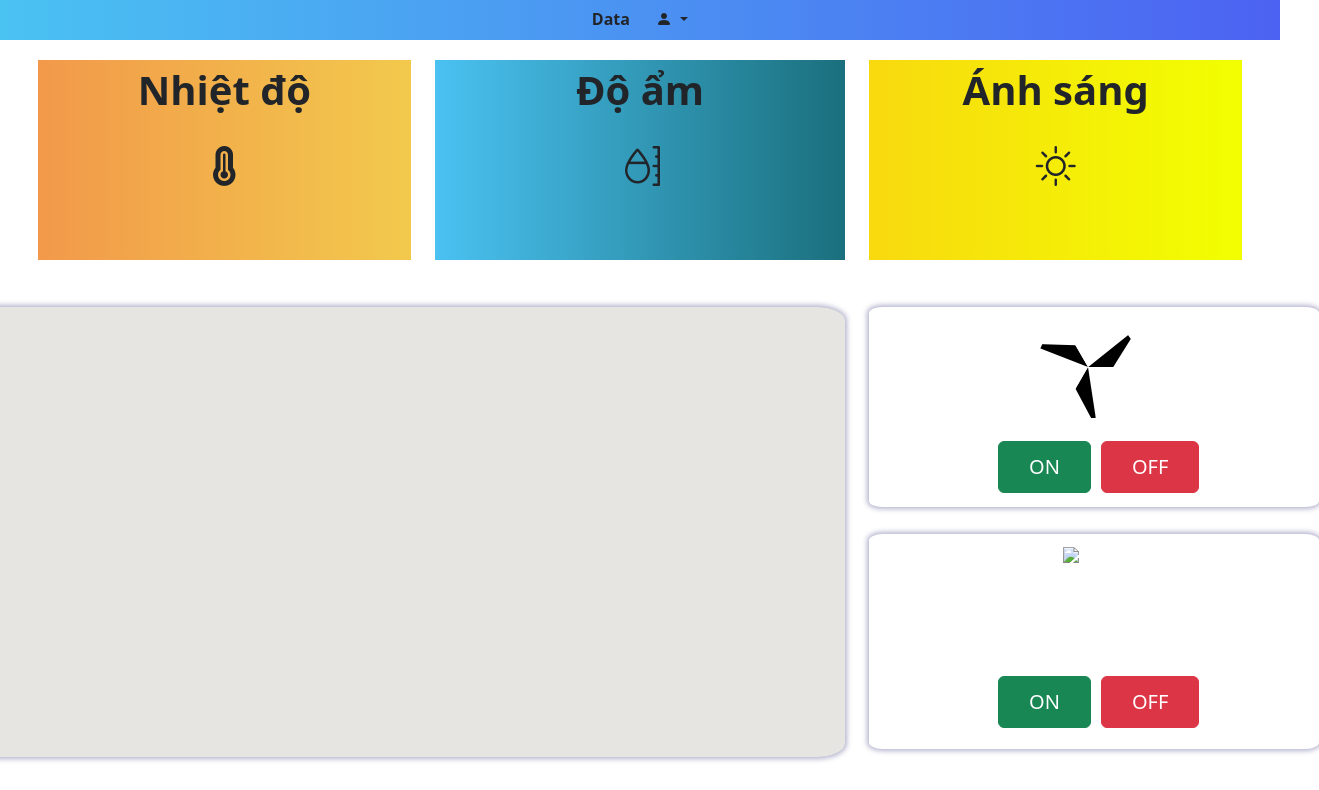
Repository: ndmq03102002/BTL_IOT
Page: Fontend_IOT/iot/index.html
These files come from the project's save history. The page is drawn as it stood at one moment and after the next save; the edit follows.
The browser window is 1280 px wide. The page is 1319 px wide, so the pictures cover 1319 px, including what lies to the right of the window. The pictures show the whole page.
After loading, the first visible `button[onclick="OnLight()"]` was clicked once.
The page's requests for data from a server got no answer. Some web libraries are served in a nearby version.

Above is the page before, as saved 2023-09-07 23:21:34.
Not found: Fontend_IOT/image/light_on.png

After the next save:
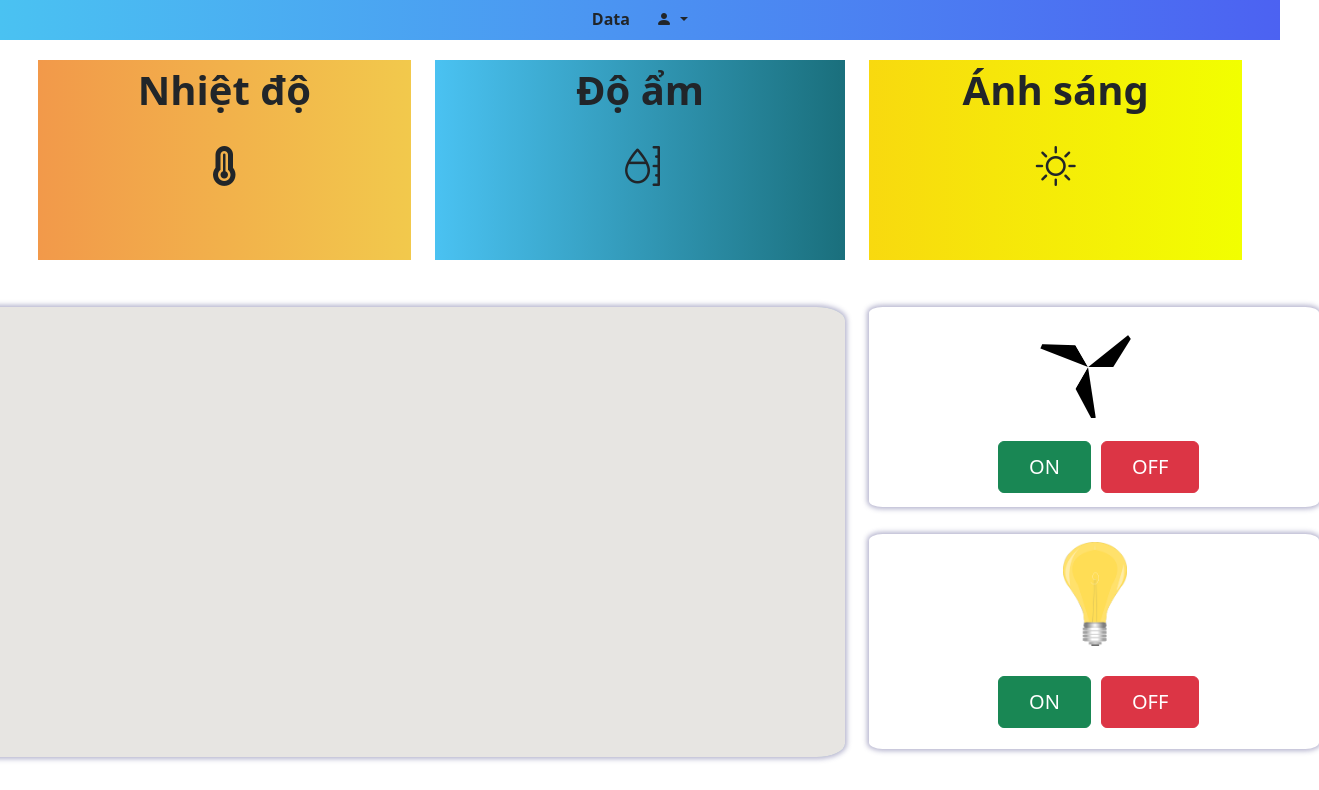
Saved 45 s later.
--- a/Fontend_IOT/iot/js.js
+++ b/Fontend_IOT/iot/js.js
@@ -145,9 +145,9 @@ function OffFan() {
 }
 function OnLight() {
   let img = document.querySelector('.img1');
-  img.src = '../image/light_on.png';
+  img.src = 'image/light_on.png';
 }
 function OffLight() {
   let img = document.querySelector('.img1');
-  img.src = '../image/light_off.png';
+  img.src = 'image/light_off.png';
 }
